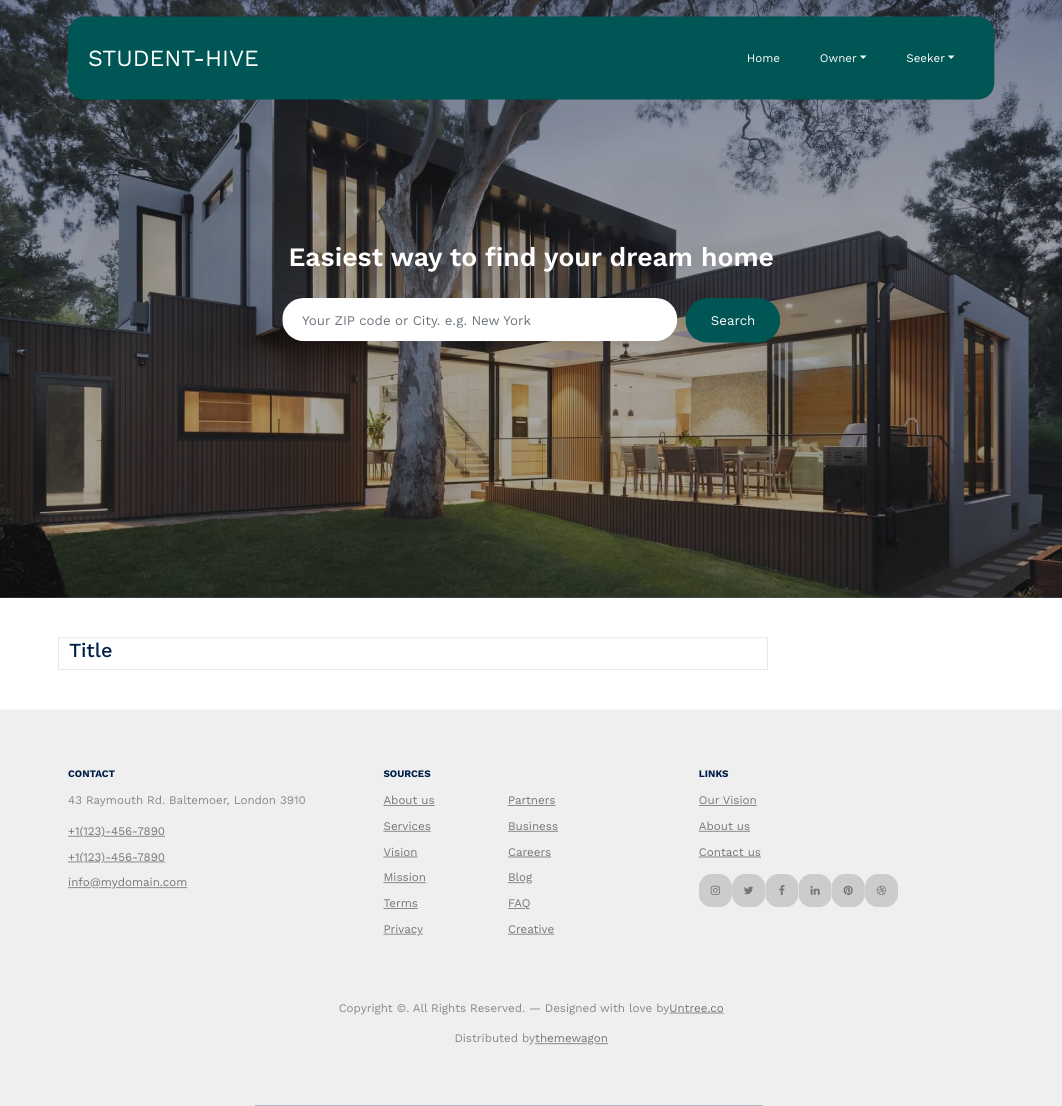
Repository: Farhan0021/Rentalproject
Page: /details (app in front/)
An editor plug-in stored every save of this project. The page is shown before and after the next save, followed by the edit.
The browser window is 1280 px wide. The pictures show the whole page, at 83% of full size.
The project was rebuilt for these pictures with package versions that can differ from the ones it lists, and the page was loaded fresh each time. Also part of the build but not shown: front/vite.config.js, front/src/pages/Home.jsx, front/src/pages/seekers/Login.jsx, front/src/schema/SeekerSignupSchema.jsx, front/src/pages/seekers/Signup.jsx, front/src/pages/owner/Login.jsx, front/src/schema/OwnerSignupSchema.jsx, front/src/pages/owner/Signup.jsx.

Above is the page before, as saved 2025-04-30 15:45:28.
Console error: TypeError: Cannot read properties of null (reading 'style')

### front/index.html
<!doctype html>
<html lang="en">
  <head>
    <meta charset="UTF-8" />
    <link rel="icon" type="image/svg+xml" href="/vite.svg" />
    <meta name="viewport" content="width=device-width, initial-scale=1.0" />
    <title>Vite + React</title>
    <link rel="preconnect" href="https://fonts.googleapis.com" />
    <link rel="preconnect" href="https://fonts.gstatic.com" crossorigin />
    <link
      href="https://fonts.googleapis.com/css2?family=Work+Sans:wght@400;500;600;700&display=swap"
      rel="stylesheet"
    />

    <link rel="stylesheet" href="/Assets/fonts/icomoon/style.css" />
    <link rel="stylesheet" href="/Assets/fonts/flaticon/font/flaticon.css" />

    <link rel="stylesheet" href="/Assets/css/tiny-slider.css" />
    <link rel="stylesheet" href="/Assets/css/aos.css" />
    <link rel="stylesheet" href="/Assets/css/style.css" />
  </head>
  <body>
    <div id="root"></div>
    <script type="module" src="/src/main.jsx"></script>

    <script src="/Assets/js/bootstrap.bundle.min.js"></script>
    <script src="/Assets/js/tiny-slider.js"></script>
    <script src="/Assets/js/aos.js"></script>
    <script src="/Assets/js/navbar.js"></script>
    <script src="/Assets/js/counter.js"></script>
    <script src="/Assets/js/custom.js"></script>
  </body>
  </body>
</html>

### front/src/main.jsx
import { StrictMode } from 'react'
import { createRoot } from 'react-dom/client'
import App from './App'
import { BrowserRouter } from 'react-router-dom'


createRoot(document.getElementById('root')).render(
  <StrictMode>
    <BrowserRouter>
    <App />
    </BrowserRouter>
  </StrictMode>,
)

### front/src/App.jsx
import React from 'react'
import HeaderNew from './components/HeaderNew'
import Slider from './components/Slider'
import Footer from './components/Footer'
import AllRoutes from './routes/AllRoutes'

const App = () => {
  return (
    <>

    {/* <Header/> */}
    <HeaderNew/>
    <Slider/>
    <AllRoutes/>
    <Footer/>

     </>
  )
}

export default App

### front/src/components/HeaderNew.jsx
import React from'react'
import {NavLink} from 'react-router-dom'

const HeaderNew = () => {
    return (

    <div className="container fixed-top" style={{top:"20px" }}>
     <nav className='navbar navbar-expand-sm navbar-dark bg-green p-4' style={{borderRadius : "20px"}}>
          <NavLink className="navbar-brand" style={{fontSize : "28px"}} to='/'>STUDENT-HIVE</NavLink>
              <button className='navbar-toggler' data-bs-toggle="collapse" data-bs-target="#menu">
                 <span className='navbar-toggler-icon'></span>
              </button>
         <div className='collapse navbar-collapse justify-content-end' id='menu'>
             <ul className='nav navbar-nav'>

                  <li className='nav-item '>
                     <NavLink className="nav-link px-4 " to="/">Home</NavLink>
                    </li>
                <li className='nav-item dropdown'>
                        <a data-bs-toggle="dropdown" className="nav-link px-4 dropdown-toggle" href="#">Owner</a>
                        <div className="dropdown-menu" >
                            <NavLink className="dropdown-item" to="/owner/login">Login</NavLink>
                            <NavLink className="dropdown-item" to="/owner/signup">SignUp</NavLink>
                        </div>

                    </li>


                    <li className='nav-item dropdown'>
                        <a data-bs-toggle="dropdown" className="nav-link px-4 dropdown-toggle" href="#">Seeker</a>
                        <div className="dropdown-menu" >
                            <NavLink className="dropdown-item" to="/seeker/login">Login</NavLink>
                            <NavLink className="dropdown-item" to="/seeker/signup">SignUp</NavLink>
                        </div>

                    </li>


                </ul>
             </div>

             </nav>
       </div>
    )
}

export default HeaderNew

### front/src/components/Slider.jsx
import React from 'react'

const Slider = () => {
    return (
        <div className="hero">
        <div className="hero-slide">
          <div
            className="img overlay"
            style={{backgroundImage: "url('/Assets/images/hero_bg_3.jpg')"}}
          ></div>

        </div>

        <div className="container">
          <div className="row justify-content-center align-items-center">
            <div className="col-lg-9 text-center">
              <h1 className="heading" data-aos="fade-up">
                Easiest way to find your dream home
              </h1>
              <form
                action="#"
                className="narrow-w form-search d-flex align-items-stretch mb-3"
                data-aos="fade-up"
                data-aos-delay="200"
              >
                <input
                  type="text"
                  className="form-control px-4"
                  placeholder="Your ZIP code or City. e.g. New York"
                />
                <button type="submit" className="btn btn-primary">Search</button>
              </form>
            </div>
          </div>
        </div>
      </div>

    )
}
export default Slider

### front/src/components/Footer.jsx
import React from 'react'

const Footer = () => {
    return (
        <div className="site-footer">
        <div className="container">
          <div className="row">
            <div className="col-lg-4">
              <div className="widget">
                <h3>Contact</h3>
                <address>43 Raymouth Rd. Baltemoer, London 3910</address>
                <ul className="list-unstyled links">
                  <li><a href="tel://11234567890">+1(123)-456-7890</a></li>
                  <li><a href="tel://11234567890">+1(123)-456-7890</a></li>
                  <li>
                    <a href="mailto:info@mydomain.com">info@mydomain.com</a>
                  </li>
                </ul>
              </div>

            </div>

            <div className="col-lg-4">
              <div className="widget">
                <h3>Sources</h3>
                <ul className="list-unstyled float-start links">
                  <li><a href="#">About us</a></li>
                  <li><a href="#">Services</a></li>
                  <li><a href="#">Vision</a></li>
                  <li><a href="#">Mission</a></li>
                  <li><a href="#">Terms</a></li>
                  <li><a href="#">Privacy</a></li>
                </ul>
                <ul className="list-unstyled float-start links">
                  <li><a href="#">Partners</a></li>
                  <li><a href="#">Business</a></li>
                  <li><a href="#">Careers</a></li>
                  <li><a href="#">Blog</a></li>
                  <li><a href="#">FAQ</a></li>
                  <li><a href="#">Creative</a></li>
                </ul>
              </div>

            </div>

            <div className="col-lg-4">
              <div className="widget">
                <h3>Links</h3>
                <ul className="list-unstyled links">
                  <li><a href="#">Our Vision</a></li>
                  <li><a href="#">About us</a></li>
                  <li><a href="#">Contact us</a></li>
                </ul>

                <ul className="list-unstyled social">
                  <li>
                    <a href="#"><span className="icon-instagram"></span></a>
                  </li>
                  <li>
                    <a href="#"><span className="icon-twitter"></span></a>
                  </li>
                  <li>
                    <a href="#"><span className="icon-facebook"></span></a>
                  </li>
                  <li>
                    <a href="#"><span className="icon-linkedin"></span></a>
                  </li>
                  <li>
                    <a href="#"><span className="icon-pinterest"></span></a>
                  </li>
                  <li>
                    <a href="#"><span className="icon-dribbble"></span></a>
                  </li>
                </ul>
              </div>

            </div>

          </div>


          <div className="row mt-5">
            <div className="col-12 text-center">


              <p>
                Copyright &copy;
                <script>
                  document.write(new Date().getFullYear());
                </script>
                . All Rights Reserved. &mdash; Designed with love by
                <a href="https://untree.co">Untree.co</a>

              </p>
              <div>
                Distributed by
                <a href="https://themewagon.com/" target="_blank">themewagon</a>
              </div>
            </div>
          </div>
        </div>

      </div>

    )
}
export default Footer

### front/src/routes/AllRoutes.jsx
import React from 'react'
import { Routes, Route } from 'react-router-dom'
import {
    Home,
SeekerLogin,
SeekerSignup,
OwnerLogin,
OwnerSignup,
Details
} from '../pages'

const AllRoutes = () => {
    return(
        <>
        <Routes>
            <Route path='' element= { <Home/>}/>
            <Route path='details' element={<Details/>}/>
            <Route path='seeker/login' element={<SeekerLogin/>}/>
            <Route path='seeker/Signup' element={<SeekerSignup/>}/>

            <Route path='owner/Login' element={<OwnerLogin/>}/>
            <Route path='owner/Signup' element={<OwnerSignup/>}/>
        </Routes>

     </>

    )
}
export default AllRoutes

### front/src/pages/index.jsx
import Home from "./Home";
import SeekerLogin from "./seekers/Login"
import SeekerSignup from "./seekers/Signup";
import OwnerLogin from "./owner/Login"
import OwnerSignup from "./owner/Signup"
import Details from "./Details";

export {Home,Details,SeekerLogin,SeekerSignup,OwnerLogin,OwnerSignup};

### front/src/pages/Details.jsx
import React from 'react'

const Details = () => {
    return (
        <div className="container my-5">
            <div className="row">
                <div className="col-md-9 border">
                    <h4>Title</h4>
                </div>
                <div className="col-md-3"></div>
            </div>
        </div>
    )
}

export default Details

### front/public/Assets/css/tiny-slider.css
.tns-outer{padding:0 !important}.tns-outer [hidden]{display:none !important}.tns-outer [aria-controls],.tns-outer [data-action]{cursor:pointer}.tns-slider{-webkit-transition:all 0s;-moz-transition:all 0s;transition:all 0s}.tns-slider>.tns-item{-webkit-box-sizing:border-box;-moz-box-sizing:border-box;box-sizing:border-box}.tns-horizontal.tns-subpixel{white-space:nowrap}.tns-horizontal.tns-subpixel>.tns-item{display:inline-block;vertical-align:top;white-space:normal}.tns-horizontal.tns-no-subpixel:after{content:'';display:table;clear:both}.tns-horizontal.tns-no-subpixel>.tns-item{float:left}.tns-horizontal.tns-carousel.tns-no-subpixel>.tns-item{margin-right:-100%}.tns-no-calc{position:relative;left:0}.tns-gallery{position:relative;left:0;min-height:1px}.tns-gallery>.tns-item{position:absolute;left:-100%;-webkit-transition:transform 0s, opacity 0s;-moz-transition:transform 0s, opacity 0s;transition:transform 0s, opacity 0s}.tns-gallery>.tns-slide-active{position:relative;left:auto !important}.tns-gallery>.tns-moving{-webkit-transition:all 0.25s;-moz-transition:all 0.25s;transition:all 0.25s}.tns-autowidth{display:inline-block}.tns-lazy-img{-webkit-transition:opacity 0.6s;-moz-transition:opacity 0.6s;transition:opacity 0.6s;opacity:0.6}.tns-lazy-img.tns-complete{opacity:1}.tns-ah{-webkit-transition:height 0s;-moz-transition:height 0s;transition:height 0s}.tns-ovh{overflow:hidden}.tns-visually-hidden{position:absolute;left:-10000em}.tns-transparent{opacity:0;visibility:hidden}.tns-fadeIn{opacity:1;filter:alpha(opacity=100);z-index:0}.tns-normal,.tns-fadeOut{opacity:0;filter:alpha(opacity=0);z-index:-1}.tns-vpfix{white-space:nowrap}.tns-vpfix>div,.tns-vpfix>li{display:inline-block}.tns-t-subp2{margin:0 auto;width:310px;position:relative;height:10px;overflow:hidden}.tns-t-ct{width:2333.3333333%;width:-webkit-calc(100% * 70 / 3);width:-moz-calc(100% * 70 / 3);width:calc(100% * 70 / 3);position:absolute;right:0}.tns-t-ct:after{content:'';display:table;clear:both}.tns-t-ct>div{width:1.4285714%;width:-webkit-calc(100% / 70);width:-moz-calc(100% / 70);width:calc(100% / 70);height:10px;float:left}

### front/public/Assets/js/navbar.js
(function(){

	'use strict'


	var siteMenuClone = function() {
		var jsCloneNavs = document.querySelectorAll('.js-clone-nav');
		var siteMobileMenuBody = document.querySelector('.site-mobile-menu-body');



		jsCloneNavs.forEach(nav => {
			var navCloned = nav.cloneNode(true);
			navCloned.setAttribute('class', 'site-nav-wrap');
			siteMobileMenuBody.appendChild(navCloned);
		});

		setTimeout(function(){

			var hasChildrens = document.querySelector('.site-mobile-menu').querySelectorAll(' .has-children');

			var counter = 0;
			hasChildrens.forEach( hasChild => {

				var refEl = hasChild.querySelector('a');

				var newElSpan = document.createElement('span');
				newElSpan.setAttribute('class', 'arrow-collapse collapsed');

				// prepend equivalent to jquery
				hasChild.insertBefore(newElSpan, refEl);

				var arrowCollapse = hasChild.querySelector('.arrow-collapse');
				arrowCollapse.setAttribute('data-bs-toggle', 'collapse');
				arrowCollapse.setAttribute('data-bs-target', '#collapseItem' + counter);

				var dropdown = hasChild.querySelector('.dropdown');
				dropdown.setAttribute('class', 'collapse');
				dropdown.setAttribute('id', 'collapseItem' + counter);

				counter++;
			});

		}, 1000);


		// Click js-menu-toggle

		var menuToggle = document.querySelectorAll(".js-menu-toggle");
		var mTog;
		menuToggle.forEach(mtoggle => {
			mTog = mtoggle;
			mtoggle.addEventListener("click", (e) => {
				if ( document.body.classList.contains('offcanvas-menu') ) {
					document.body.classList.remove('offcanvas-menu');
					mtoggle.classList.remove('active');
					mTog.classList.remove('active');
				} else {
					document.body.classList.add('offcanvas-menu');
					mtoggle.classList.add('active');
					mTog.classList.add('active');
				}
			});
		})



		var specifiedElement = document.querySelector(".site-mobile-menu");
		var mt, mtoggleTemp;
		// document.addEventListener('click', function(event) {
		// 	var isClickInside = specifiedElement.contains(event.target);
		// 	menuToggle.forEach(mtoggle => {
		// 		mtoggleTemp = mtoggle
		// 		mt = mtoggle.contains(event.target);
		// 	})

		// 	if (!isClickInside && !mt) {
		// 		if ( document.body.classList.contains('offcanvas-menu') ) {
		// 			document.body.classList.remove('offcanvas-menu');
		// 			mtoggleTemp.classList.remove('active');
		// 		}
		// 	}

		// });

	};
	siteMenuClone();


})()

### front/public/Assets/js/counter.js
(function () {

	'use trict';
// How long you want the animation to take, in ms
const animationDuration = 2000;
// Calculate how long each ‘frame’ should last if we want to update the animation 60 times per second
const frameDuration = 1000 / 60;
// Use that to calculate how many frames we need to complete the animation
const totalFrames = Math.round( animationDuration / frameDuration );
// An ease-out function that slows the count as it progresses
const easeOutQuad = t => t * ( 2 - t );


const numberWithCommas = n => {
	return n.toString().replace(/\B(?=(\d{3})+(?!\d))/g, ',');
}

// The animation function, which takes an Element
const animateCountUp = el => {
	let frame = 0;
	const countTo = parseInt( el.innerHTML, 10 );
	// Start the animation running 60 times per second
	const counter = setInterval( () => {
		frame++;
		// Calculate our progress as a value between 0 and 1
		// Pass that value to our easing function to get our
		// progress on a curve
		const progress = easeOutQuad( frame / totalFrames );
		// Use the progress value to calculate the current count
		const currentCount = Math.round( countTo * progress );

		// If the current count has changed, update the element
		if ( parseInt( el.innerHTML, 10 ) !== currentCount ) {
			el.innerHTML = numberWithCommas(currentCount);
		}

		// If we’ve reached our last frame, stop the animation
		if ( frame === totalFrames ) {
			clearInterval( counter );
		}
	}, frameDuration );
};

// Run the animation on all elements with a class of ‘countup’
const runAnimations = () => {
	const countupEls = document.querySelectorAll( '.countup' );
	countupEls.forEach( animateCountUp );
};




// In Viewed
var elements;
var windowHeight;

function init() {
	elements = document.querySelectorAll('.section-counter');
	windowHeight = window.innerHeight;
}

function checkPosition() {
	var i;
	for (i = 0; i < elements.length; i++) {
		var element = elements[i];
		var positionFromTop = elements[i].getBoundingClientRect().top;
		if (positionFromTop - windowHeight <= 0) {
			if( !element.classList.contains('viewed') ) {
				element.classList.add('viewed');
				runAnimations();
			} else {
				if ( element.classList.contains('viewed') ) {

				}
			}

		}
	}
}

window.addEventListener('scroll', checkPosition);
window.addEventListener('resize', init);

init();
checkPosition();


})()

### front/public/Assets/js/custom.js
(function () {

	'use strict'


	AOS.init({
		duration: 800,
		easing: 'slide',
		once: true
	});

	var preloader = function() {

		var loader = document.querySelector('.loader');
		var overlay = document.getElementById('overlayer');

		function fadeOut(el) {
			el.style.opacity = 1;
			(function fade() {
				if ((el.style.opacity -= .1) < 0) {
					el.style.display = "none";
				} else {
					requestAnimationFrame(fade);
				}
			})();
		};

		setTimeout(function() {
			fadeOut(loader);
			fadeOut(overlay);
		}, 200);
	};
	preloader();


	var tinySdlier = function() {

		var heroSlider = document.querySelectorAll('.hero-slide');
		var propertySlider = document.querySelectorAll('.property-slider');
		var imgPropertySlider = document.querySelectorAll('.img-property-slide');
		var testimonialSlider = document.querySelectorAll('.testimonial-slider');


		if ( heroSlider.length > 0 ) {
			var tnsHeroSlider = tns({
				container: '.hero-slide',
				mode: 'carousel',
				speed: 700,
				autoplay: true,
				controls: false,
				nav: false,
				autoplayButtonOutput: false,
				controlsContainer: '#hero-nav',
			});
		}


		if ( imgPropertySlider.length > 0 ) {
			var tnsPropertyImageSlider = tns({
				container: '.img-property-slide',
				mode: 'carousel',
				speed: 700,
				items: 1,
				gutter: 30,
				autoplay: true,
				controls: false,
				nav: true,
				autoplayButtonOutput: false
			});
		}

		if ( propertySlider.length> 0 ) {
			var tnsSlider = tns({
				container: '.property-slider',
				mode: 'carousel',
				speed: 700,
				gutter: 30,
				items: 3,
				autoplay: true,
				autoplayButtonOutput: false,
				controlsContainer: '#property-nav',
				responsive: {
					0: {
						items: 1
					},
					700: {
						items: 2
					},
					900: {
						items: 3
					}
				}
			});
		}


		if ( testimonialSlider.length> 0 ) {
			var tnsSlider = tns({
				container: '.testimonial-slider',
				mode: 'carousel',
				speed: 700,
				items: 3,
				gutter: 50,
				autoplay: true,
				autoplayButtonOutput: false,
				controlsContainer: '#testimonial-nav',
				responsive: {
					0: {
						items: 1
					},
					700: {
						items: 2
					},
					900: {
						items: 3
					}
				}
			});
		}
	}
	tinySdlier();



})()

Loaded but not shown: front/public/Assets/fonts/icomoon/style.css (common file); front/public/Assets/fonts/flaticon/font/flaticon.css (common file); front/public/Assets/css/aos.css (library); front/public/Assets/css/style.css (library); front/public/Assets/js/bootstrap.bundle.min.js (library); front/public/Assets/js/aos.js (library); front/public/Assets/js/tiny-slider.js (3208 lines, source omitted)

After the next save:
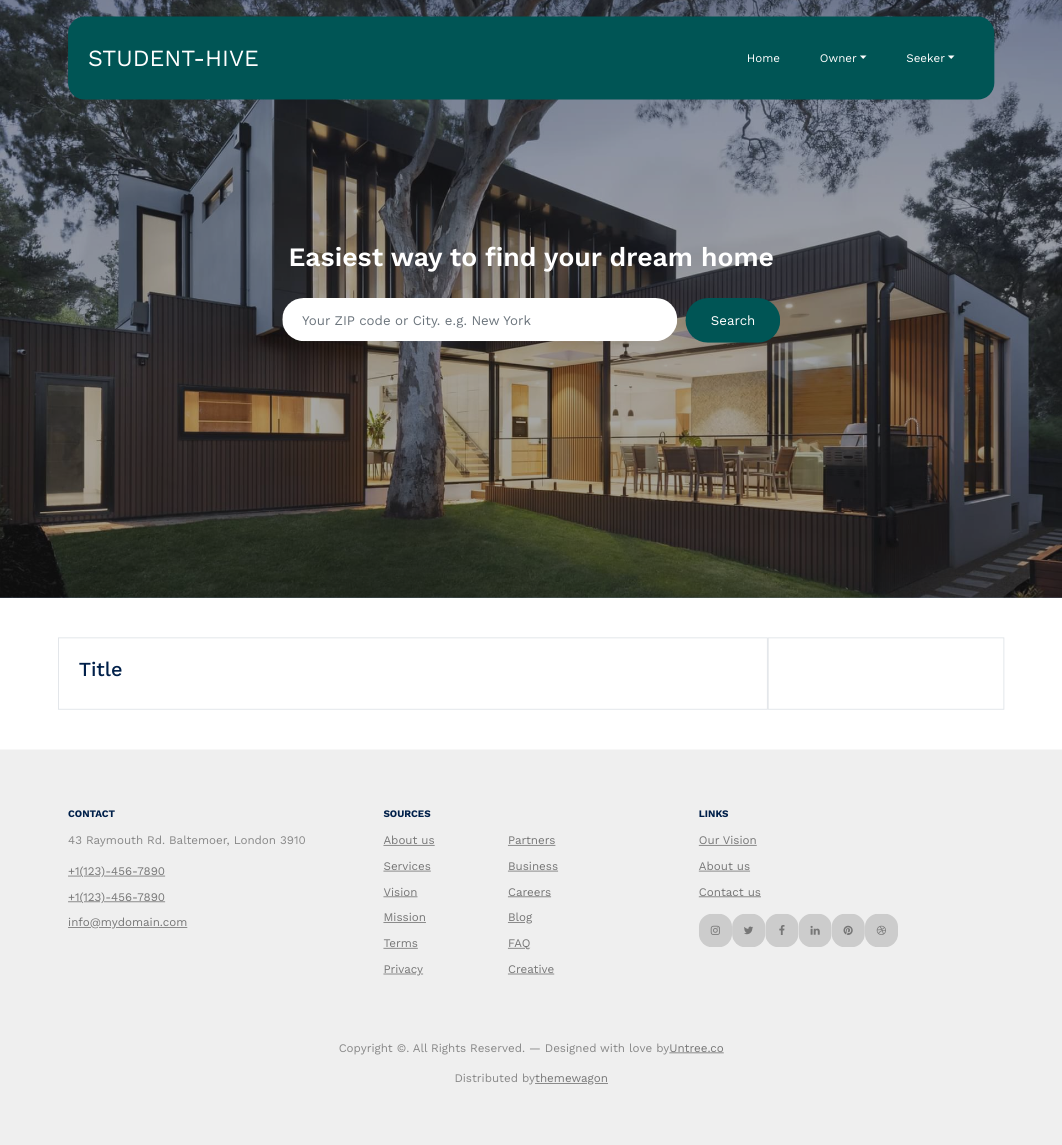
Saved 70 s later.
--- a/front/src/pages/Details.jsx
+++ b/front/src/pages/Details.jsx
@@ -4,10 +4,10 @@ const Details = () => {
     return (
         <div className="container my-5">
             <div className="row">
-                <div className="col-md-9 border">
+                <div className="col-md-9 border p-4">
                     <h4>Title</h4>
                 </div>
-                <div className="col-md-3"></div>
+                <div className="col-md-3 border p-4"></div>
             </div>
         </div>
     )
